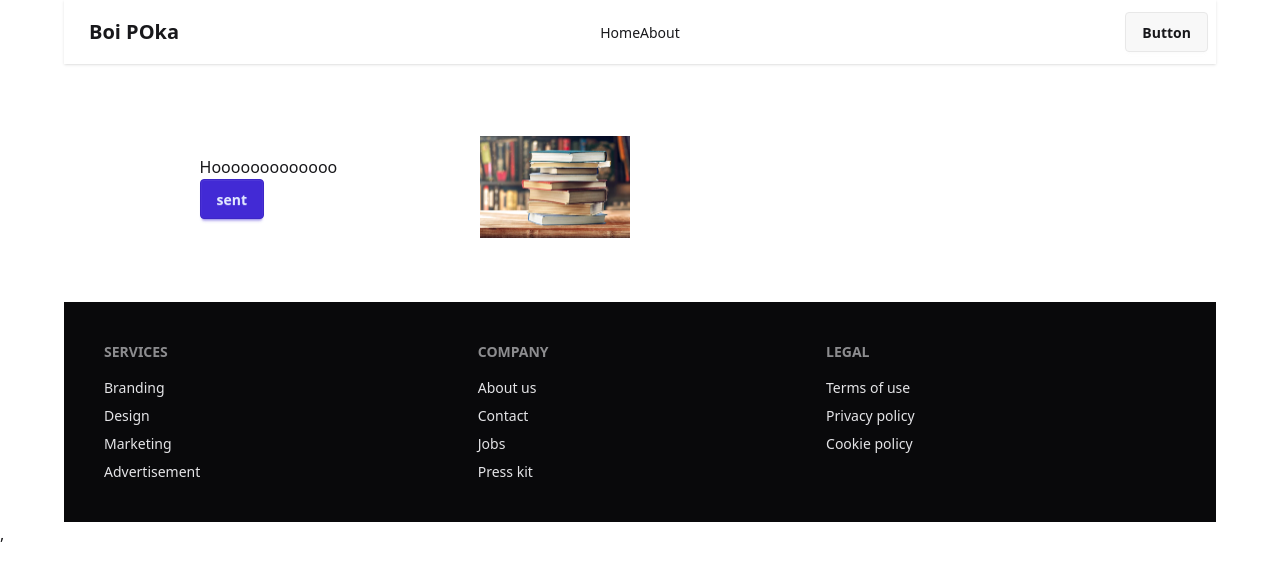
Repository: SanjidaSnigdha/Boipoka-Book-Vibe-Project
Page: /
These files come from the project's save history. The page is drawn as it stood at one moment and after the next save; the edit follows.
The browser window is 1280 px wide. The pictures show the whole page.
The project was rebuilt for these pictures with package versions that can differ from the ones it lists, and the page was loaded fresh each time. Also part of the build but not shown: vite.config.js, src/App.css, src/App.jsx, src/Pages/Root/ErrorPage/ErrorPage.jsx.

Above is the page before, as saved 2026-05-12 11:59:18.

### index.html
<!doctype html>
<html lang="en">
  <head>
    <meta charset="UTF-8" />
    <link rel="icon" type="image/svg+xml" href="/favicon.svg" />
    <meta name="viewport" content="width=device-width, initial-scale=1.0" />
    <title>boipuka</title>
  </head>
  <body>
    <div id="root"></div>
    <script type="module" src="/src/main.jsx"></script>
  </body>
</html>

### src/main.jsx
import { StrictMode } from 'react'
import { createRoot } from 'react-dom/client'
import './index.css'
import App from './App.jsx'
import {
  RouterProvider,
} from "react-router";
import { router } from './Routes/Routes.jsx';




createRoot(document.getElementById('root')).render(
  <StrictMode>
     <RouterProvider router={router} />,
  </StrictMode>,
)

### src/index.css
@import "tailwindcss";
@plugin "daisyui" {
themes : light --default, dark --prefersdark;
themes: light --default;
}
   dark mode to light mode ( index.css)

### src/Routes/Routes.jsx
import React from 'react';
import {
  createBrowserRouter,
} from "react-router";
import Root from '../Pages/Root/Root';
import ErrorPage from '../Pages/Root/ErrorPage/ErrorPage';
import { Component } from 'react';
import Home from '../Pages/Home/Home';

 export const router = createBrowserRouter([
  {
    path: "/",
    Component: Root,
    errorElement: <ErrorPage></ErrorPage>,
    children: [
      {
      index: true,
      path: '/',
      Component: Home

    },
  ],
},
]);

### src/Pages/Root/Root.jsx
import React from 'react';
import Navbar from '../../Components/Header/Navbar/Navbar';
import { Outlet } from 'react-router';
import Footer from '../../Components/Footer/Footer';

const Root = () => {
    return (
        <div className='max-w-6xl mx-auto'>
            <Navbar></Navbar>
            <Outlet></Outlet>
            <Footer></Footer>

        </div>
    );
};

export default Root;

### src/Pages/Home/Home.jsx
import React from 'react';
import Banner from '../../Components/Banner/Banner';

const Home = () => {
    return (
        <div>
            <Banner></Banner>
        </div>
    );
};

export default Home;

### src/Components/Header/Navbar/Navbar.jsx
import React from 'react';

const Navbar = () => {
    const links = <>
      <li>Home</li>
      <li>About</li>
    </>
    return (
        <div className="navbar bg-base-100 shadow-sm">
  <div className="navbar-start">
    <div className="dropdown">
      <div tabIndex={0} role="button" className="btn btn-ghost lg:hidden">
        <svg xmlns="http://www.w3.org/2000/svg" className="h-5 w-5" fill="none" viewBox="0 0 24 24" stroke="currentColor"> <path strokeLinecap="round" strokeLinejoin="round" strokeWidth="2" d="M4 6h16M4 12h8m-8 6h16" /> </svg>
      </div>
      <ul
        tabIndex="-1"
        className="menu menu-sm dropdown-content bg-base-100 rounded-box z-1 mt-3 w-52 p-2 shadow">
       {links}
      </ul>
    </div>
    <a className="btn btn-ghost text-xl">Boi POka</a>
  </div>
  <div className="navbar-center hidden lg:flex">
    <ul className="menu menu-horizontal px-1">
      {links}
    </ul>
  </div>
  <div className="navbar-end">
    <a className="btn">Button</a>
  </div>
</div>
    );
};

export default Navbar;

### src/Components/Footer/Footer.jsx
import React from 'react';

const Footer = () => {
    return (
        <footer className="footer sm:footer-horizontal bg-neutral text-neutral-content p-10">
  <nav>
    <h6 className="footer-title">Services</h6>
    <a className="link link-hover">Branding</a>
    <a className="link link-hover">Design</a>
    <a className="link link-hover">Marketing</a>
    <a className="link link-hover">Advertisement</a>
  </nav>
  <nav>
    <h6 className="footer-title">Company</h6>
    <a className="link link-hover">About us</a>
    <a className="link link-hover">Contact</a>
    <a className="link link-hover">Jobs</a>
    <a className="link link-hover">Press kit</a>
  </nav>
  <nav>
    <h6 className="footer-title">Legal</h6>
    <a className="link link-hover">Terms of use</a>
    <a className="link link-hover">Privacy policy</a>
    <a className="link link-hover">Cookie policy</a>
  </nav>
</footer>
    );
};

export default Footer;

### src/Components/Banner/Banner.jsx
import React from 'react';
import bookImage from '../../assets/books.jpg'

const Banner = () => {
    return (
        <div className='flex justify-around items-center p-16 w-full mt-2'>
            <diV>
            <h1>Hooooooooooooo</h1>
            <button className='btn btn-primary'>sent</button>
            </diV>
            <div>
               <img className='w-3/12' src={bookImage} alt="" />
            </div>
        </div>
    );
};

export default Banner;

After the next save:
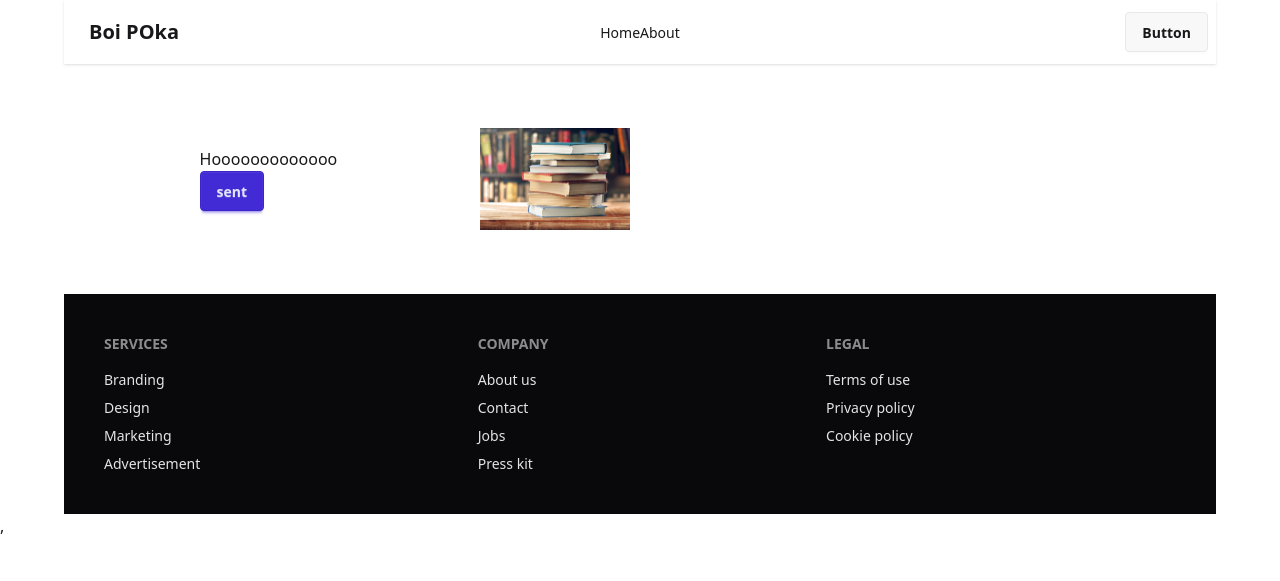
Saved 4 s later.
--- a/src/Components/Banner/Banner.jsx
+++ b/src/Components/Banner/Banner.jsx
@@ -3,7 +3,7 @@
 
 const Banner = () => {
     return (
-        <div className='flex justify-around items-center p-16 w-full mt-2'>
+        <div className='flex justify-around items-center p-16 w-full'>
             <diV>
             <h1>Hooooooooooooo</h1>
             <button className='btn btn-primary'>sent</button>
